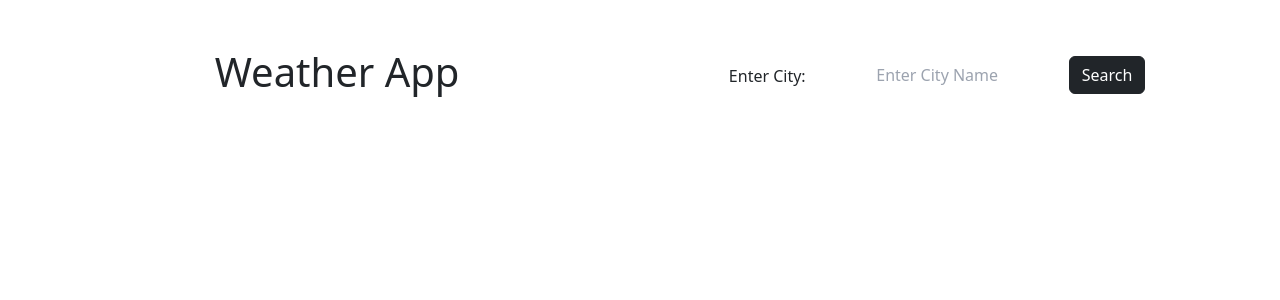
Repository: bhaveshtrades/weatherapp
Page: /
These files come from the project's save history. The page is drawn as it stood at one moment and after a run of saves; the edit follows.
The browser window is 1280 px wide. The pictures show the whole page.
The project was rebuilt for these pictures with package versions that can differ from the ones it lists, and the page was loaded fresh each time. Also part of the build but not shown: src/components/DetailedWeather.jsx, src/components/HourlyForecast.jsx.

Above is the page before, as saved 2023-01-25 00:43:33.

### public/index.html
<!DOCTYPE html>
<html lang="en">
  <head>
    <meta charset="utf-8" />
    <link rel="icon" href="%PUBLIC_URL%/favicon.ico" />
    <meta name="viewport" content="width=device-width, initial-scale=1" />
    <meta name="theme-color" content="#000000" />
    <meta
      name="description"
      content="Web site created using create-react-app"
    />
    <link rel="apple-touch-icon" href="%PUBLIC_URL%/logo192.png" />
    <!--
      manifest.json provides metadata used when your web app is installed on a
      user's mobile device or desktop. See https://developers.google.com/web/fundamentals/web-app-manifest/
    -->
    <link rel="manifest" href="%PUBLIC_URL%/manifest.json" />
  </head>

    <!--
      Notice the use of %PUBLIC_URL% in the tags above.
      It will be replaced with the URL of the `public` folder during the build.
      Only files inside the `public` folder can be referenced from the HTML.

      Unlike "/favicon.ico" or "favicon.ico", "%PUBLIC_URL%/favicon.ico" will
      work correctly both with client-side routing and a non-root public URL.
      Learn how to configure a non-root public URL by running `npm run build`.
    -->
    <title>React App</title>
  </head>
  <body>
    <noscript>You need to enable JavaScript to run this app.</noscript>
    <div id="root"></div>
    <!--
      This HTML file is a template.
      If you open it directly in the browser, you will see an empty page.

      You can add webfonts, meta tags, or analytics to this file.
      The build step will place the bundled scripts into the <body> tag.

      To begin the development, run `npm start` or `yarn start`.
      To create a production bundle, use `npm run build` or `yarn build`.
    -->
  </body>
</html>

### src/App.js
import React from 'react';
import CurrentWeather from './components/CurrentWeather';

function App() {

  return (
    <>
    <CurrentWeather/>
    </>
  );
}

export default App;

### src/components/CurrentWeather.jsx
import React, { useState } from 'react';
import DetailedWeather from './DetailedWeather';
import Navbar from './Navbar';
import HourlyForecast from './HourlyForecast';

function CurrentWeather(){

    const apiKey = process.env.REACT_APP_API_KEY;

    const[city, setCity] = useState();
    const[weatherData, setWeatherData] = useState([]);
    const[hourlyData, setHourlyData] = useState([]);

    let api = `http://api.weatherapi.com/v1/forecast.json?key=${apiKey}&q=${city}`;


    const weekDays = ['Sunday', 'Monday', 'Tuesday', 'Wednesday', 'Thursday', 'Friday', 'Saturday'];
    const months = ["January","February","March","April","May","June","July","August","September","October","November","December"]

     function getWeather(e){
      e.preventDefault();

      fetch(api).then(data => data.json())
      .then((response)=>{
        if(response.hasOwnProperty('location')){
        setWeatherData([response]);
        setHourlyData([response.forecast.forecastday[0].hour]);
        }else{
        setWeatherData([]);
        setHourlyData([]);
        }
      });
     }

     function forecastingData(element, index){
      let correctTime;
      let timeUnit = 'AM';
        if(new Date(`${element.time}`).getHours() === 0){
          correctTime = 12;
        }else if(new Date(`${element.time}`).getHours() === 12){
          correctTime = new Date(`${element.time}`).getHours();
          timeUnit = 'PM';
        }else if(new Date(`${element.time}`).getHours() > 12){
          correctTime = new Date(`${element.time}`).getHours() - 12;
          timeUnit = 'PM';
        }else{
          correctTime = new Date(`${element.time}`).getHours();
        }
        return <HourlyForecast key={index} tempProp={element.temp_c} iconProp={element.condition.icon} timeProp={correctTime+timeUnit}/>
     }

     console.log(new Date().getDate());

     function filteredForecasting(element){
      if(hourlyData[0].length !== 0){
      return new Date(`${element.time}`).getHours() >= new Date().getHours()
      }
    }

  return(
    <>
    <Navbar resultProp={getWeather} cityProp={(e)=>{setCity(e.target.value)}}/>
    {weatherData.length !==0 &&
    <div className='mt-16 w-3/4 ml-52 h-72'>
    <div>
    <h2>{weatherData[0].location.name}, {weatherData[0].location.country}</h2>
    <h4>{new Date(`${weatherData[0].current.last_updated}`).getDate()} {months[new Date(`${weatherData[0].current.last_updated}`).getMonth()]}, {weekDays[new Date(`${weatherData[0].current.last_updated}`).getDay()]}</h4>
    </div>
    <div className='flex gap-x-72'>
    <div className='flex gap-x-10 mt-6'>
    <div>
    <img src={`${weatherData[0].current.condition.icon}`} alt='This is a weather Icon'/>
    </div>
    <div>
    <h2>{weatherData[0].current.temp_c}<span>&#176;</span></h2>
    <h4>{weatherData[0].current.condition.text}</h4>
    </div>
    </div>
    <DetailedWeather maxTempProp={weatherData[0].forecast.forecastday[0].day.maxtemp_c} minTempProp={weatherData[0].forecast.forecastday[0].day.mintemp_c} sunriseProp={weatherData[0].forecast.forecastday[0].astro.sunrise} sunsetProp={weatherData[0].forecast.forecastday[0].astro.sunset} windSpeedProp={weatherData[0].current.wind_kph} rainChanceProp={weatherData[0].forecast.forecastday[0].day.daily_chance_of_rain}/>
    </div>
    </div>
    }
    {hourlyData.length !== 0 && <div className='mt-4 ml-52 w-3/4 h-56 overflow-auto'>
    <div>
    <h3>Today's Weather</h3>
    </div>
    {<div className='flex gap-x-12 pl-4 pt-2'>
    {hourlyData[0].filter(filteredForecasting).map(forecastingData)}
    </div>}
    </div>}
    </>
  )
}

export default CurrentWeather;

### src/components/Navbar.jsx
import React from 'react';

function Navbar({resultProp, cityProp}){

  return (
    <>
    <div className='flex justify-around ml-20 mt-12'>
    <div>
    <h1>Weather App</h1>
    </div>
    <div className='pt-2'>
    <form role="search" onSubmit={resultProp} className='flex gap-x-4'>
        <label htmlFor='cityName' className='pt-2'>Enter City: </label>
        <input type='text' className='text-center' placeholder='Enter City Name' onChange={cityProp}/>
        <button type="submit" className='btn btn-dark' onClick={resultProp}>Search</button>
    </form>
    </div>
    </div>
    </>
  )
}

export default Navbar;

### src/App.css
*{
  padding: 0;
  margin: 0;
}

h1{
  background-color: aqua;
}

Loaded but not shown: src/index.js (common file); src/index.css (common file); src/reportWebVitals.js (common file); tailwind.config.js (common file)

After the next 3 saves:
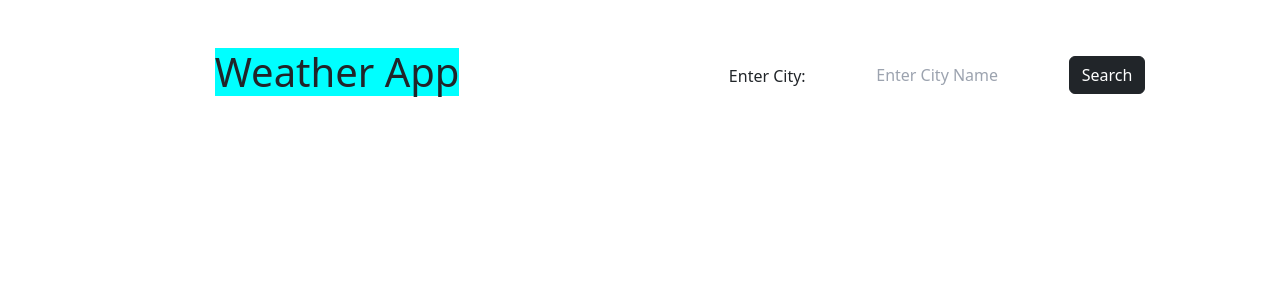
The 3 saves are shown as one change because 1 did not build or start and some came seconds apart.
The last was saved 20 s later.
--- a/src/App.js
+++ b/src/App.js
@@ -1,5 +1,6 @@
 import React from 'react';
 import CurrentWeather from './components/CurrentWeather';
+import './App.css';
 
 function App() {
 

After the save that followed:
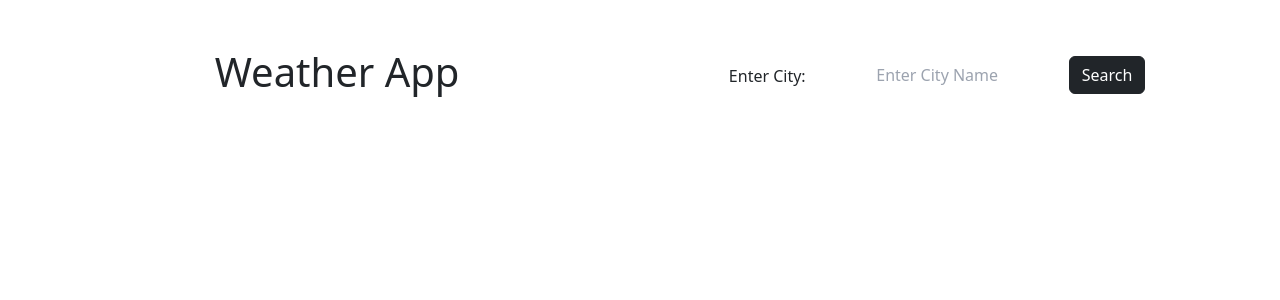
Saved 24 s later.
--- a/src/App.css
+++ b/src/App.css
@@ -3,6 +3,6 @@
   margin: 0;
 }
 
-h1{
-  background-color: aqua;
+body{
+  background-color: blue;
 }
